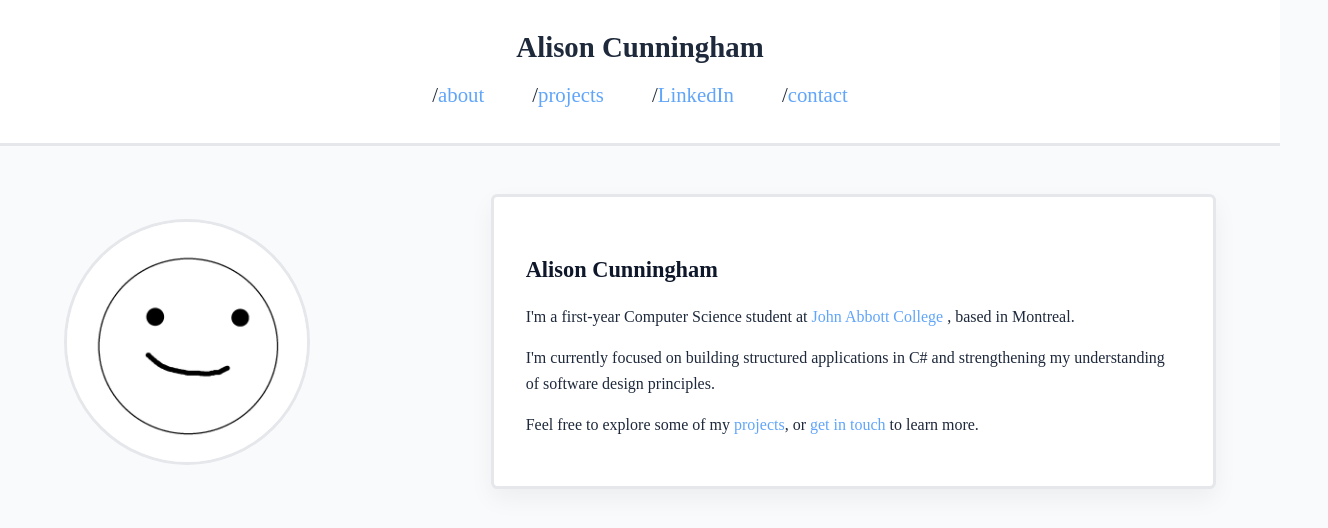
Repository: alison-cunningham/alison-cunningham
Page: index.html
The author's editor kept a copy of each file at every save. The page is drawn from the files as they stood at one save, then again after the next save.
The browser window is 1280 px wide. The page is 1280 px wide, then 1328 px, so the pictures cover 1328 px, including what lies to the right of the window. The pictures show the whole page.
Some web fonts or font styles are not loaded; a fallback is used.

Above is the page before, as saved 2026-04-22 14:32:12.

After the next save:
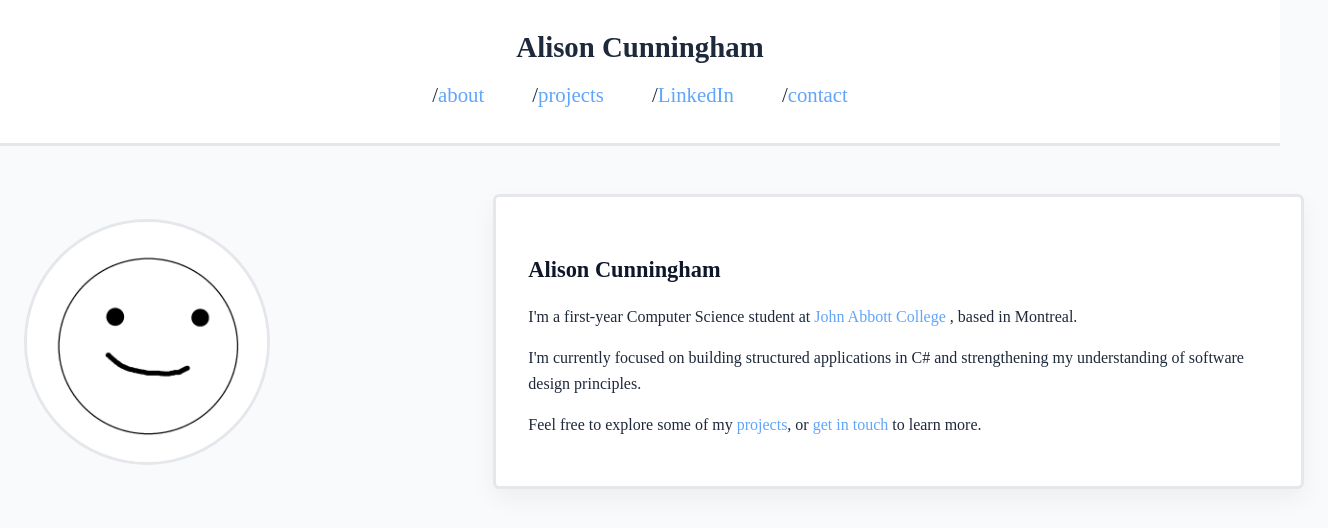
Saved 3 min 17 s later.
--- a/styles/index.css
+++ b/styles/index.css
@@ -77,7 +77,6 @@ main{
     gap: 3rem;
     padding: 3rem 1.5rem;
 
-    max-width: 90%;
     margin: 0 auto;
 }
 
